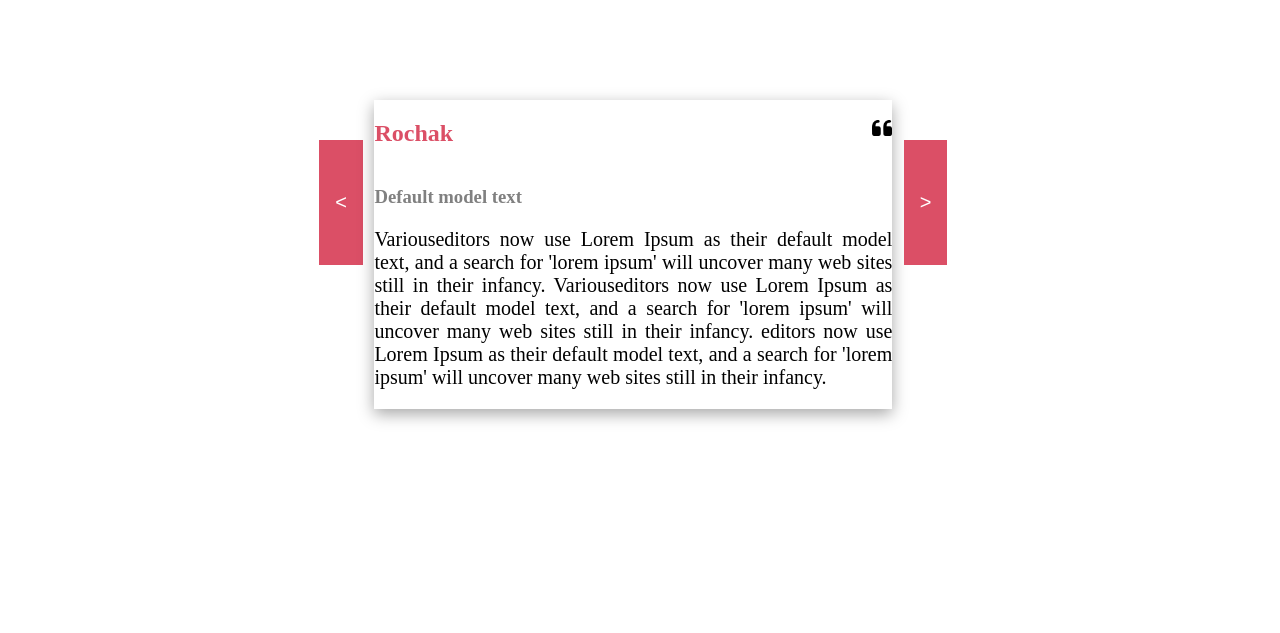
Repository: AVINKUMARP/gifts
Page: demo2.html
The author's editor kept a copy of each file at every save. The page is drawn from the files as they stood at one save, then again after the next save.
The browser window is 1280 px wide. The pictures show the whole page.

Above is the page before, as saved 2023-08-24 14:17:15.

### demo2.html
<!DOCTYPE html>
<html lang="en">
<head>
    <meta charset="UTF-8">
    <meta name="viewport" content="width=device-width, initial-scale=1.0">
    <title>Document</title>
    <style>
        .container{
            display: flex;
            flex-wrap: wrap;
            text-align: center;
            margin: 100px 300px;
        }
        .cbutl{
            width: 10%;
        }
        .cpara{
            width: 78%;
            box-shadow: rgba(0, 0, 0, 0.35) 0px 5px 15px;
        }
        .cbutr{
            width: 10%;
        }
        .csub{
            display: flex;
            flex-wrap: wrap;
            justify-content: space-between;
        }
        .cbutl button{
            background-color: #db4f66;
            color: white;
            border:1px solid #db4f66;
            padding: 50px 15px;
            font-size: 20px;
        }
        .cbutl{
            padding-top: 40px;
        }
        .csub h2{
            text-align: start;

        }
        .ch h2{
            color:#db4f66;
        }
        .cpara h3{
            color:gray;
        }
        .cpara h3{
            text-align: start;
        }
        .cpara p{
            text-align: justify;
            font-size: 20px;
        }
        .cicon{
            padding-top: 20px;
            text-align: end;
        }
    </style>
</head>
<body>
    <div class="container">
        <div class="cbutl"><button><</button></div>
        <div class="cpara">
            <div class="csub">
                <div class="ch"><h2>Rochak</h2>
                </div>
                <div class="cicon"><img src="./images/icon.png" alt="loading..." width="8%"></div>
            </div>
            <h3>Default model text</h3>
            <p>Variouseditors now use Lorem Ipsum as their default model text, and a search for 'lorem ipsum' will uncover many web sites still in their infancy. Variouseditors now use Lorem Ipsum as their default model text, and a search for 'lorem ipsum' will uncover many web sites still in their infancy. editors now use Lorem Ipsum as their default model text, and a search for 'lorem ipsum' will uncover many web sites still in their infancy.</p>
        </div>
        <div class="cbutl"><button>></button></div>
    </div>
</body>
</html>

After the next save:
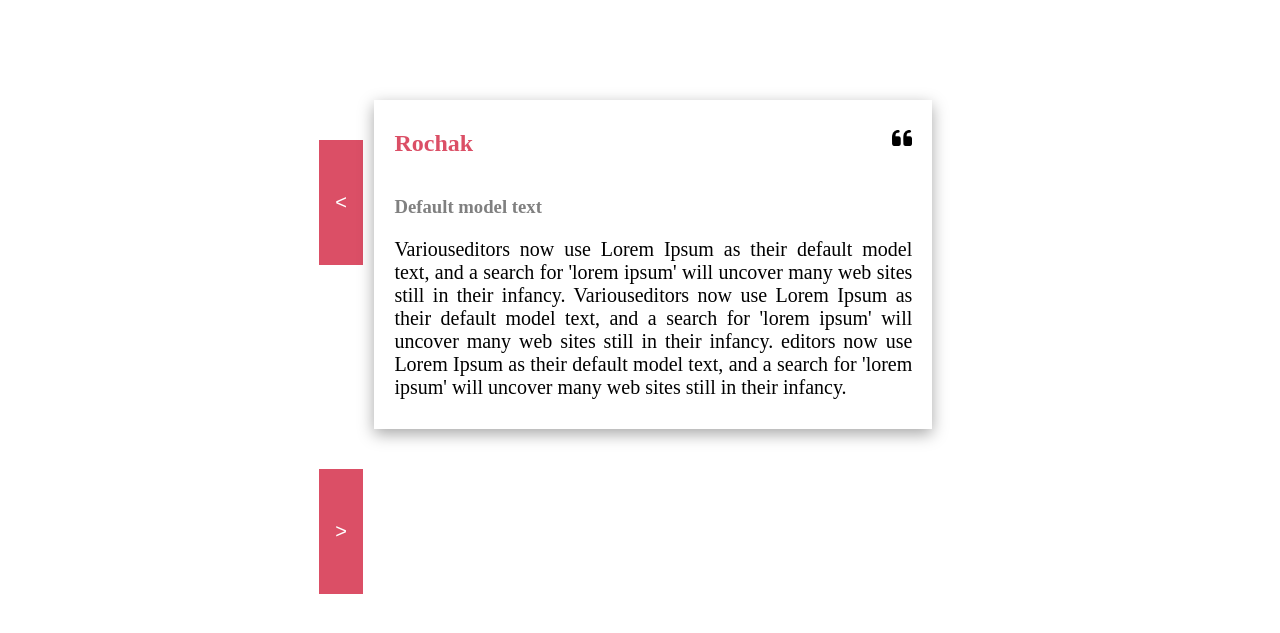
Saved 54 s later.
--- a/demo2.html
+++ b/demo2.html
@@ -17,6 +17,7 @@
         .cpara{
             width: 78%;
             box-shadow: rgba(0, 0, 0, 0.35) 0px 5px 15px;
+            padding:10px 20px ;
         }
         .cbutr{
             width: 10%;

After the save that followed:
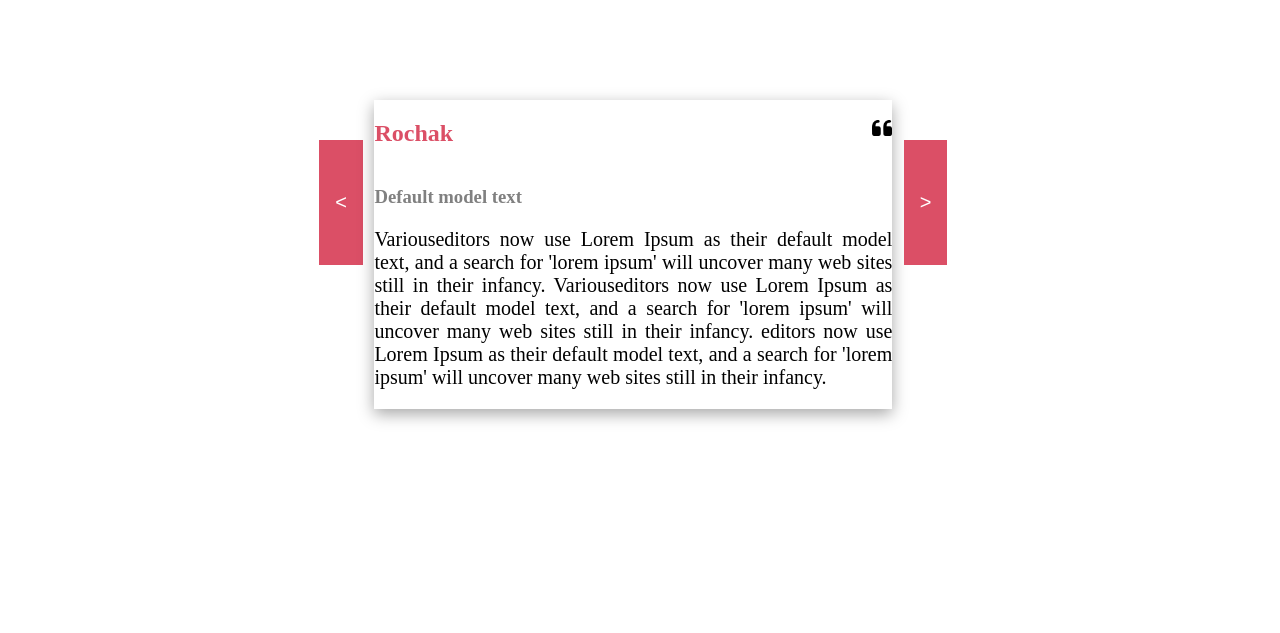
Saved 36 s later.
--- a/demo2.html
+++ b/demo2.html
@@ -17,7 +17,6 @@
         .cpara{
             width: 78%;
             box-shadow: rgba(0, 0, 0, 0.35) 0px 5px 15px;
-            padding:10px 20px ;
         }
         .cbutr{
             width: 10%;
